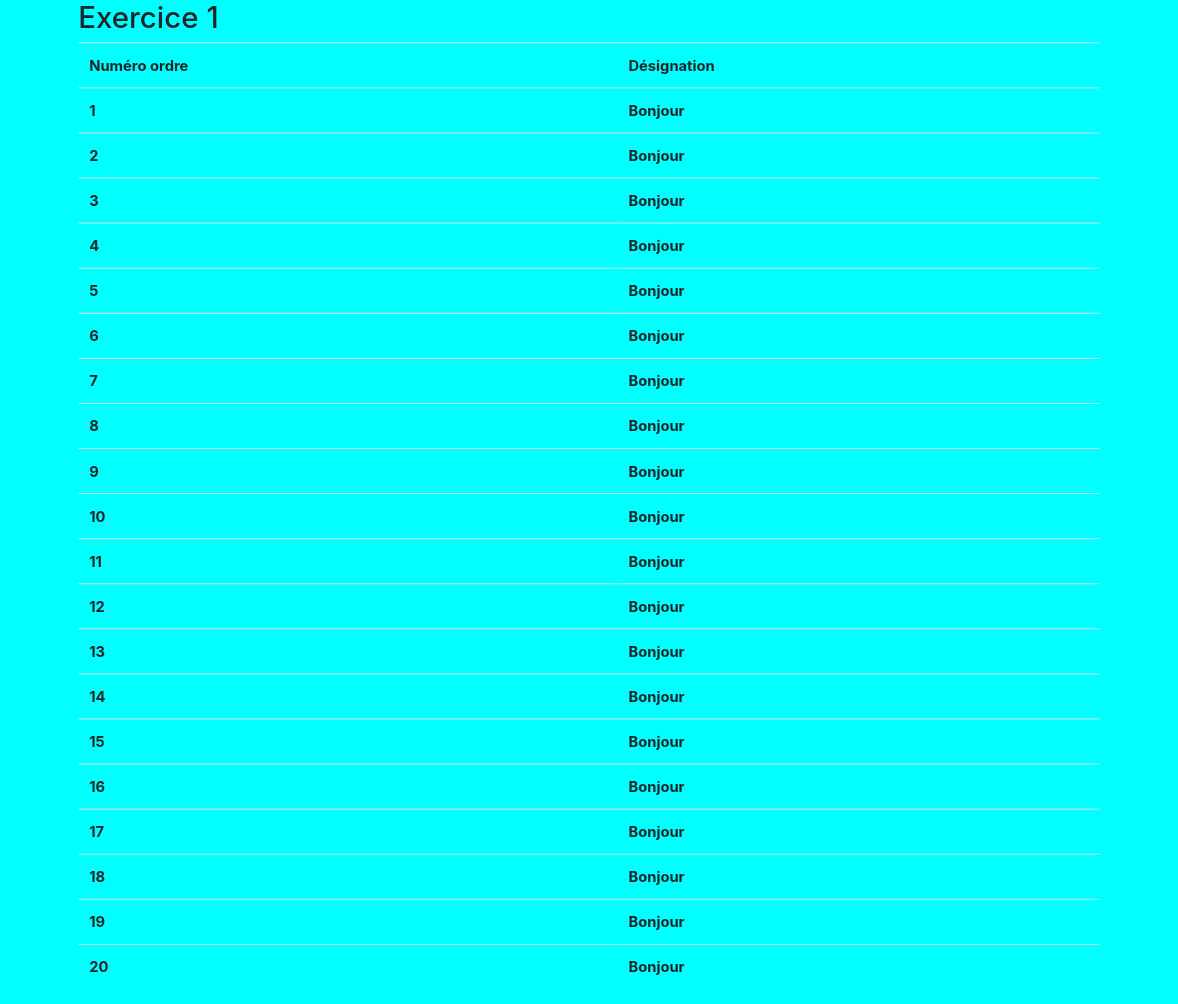
Repository: teddyruppin/GitFormateur
Page: http://localhost/JSP01/web/exercice1.jsp
An editor plug-in stored every save of this project. The page is shown before and after the next save, followed by the edit.
The browser window is 1280 px wide. The pictures show the whole page, at 92% of full size.
The page is served by Tomcat 9.

Above is the page before, as saved 2020-01-03 13:58:42.

After the next save:
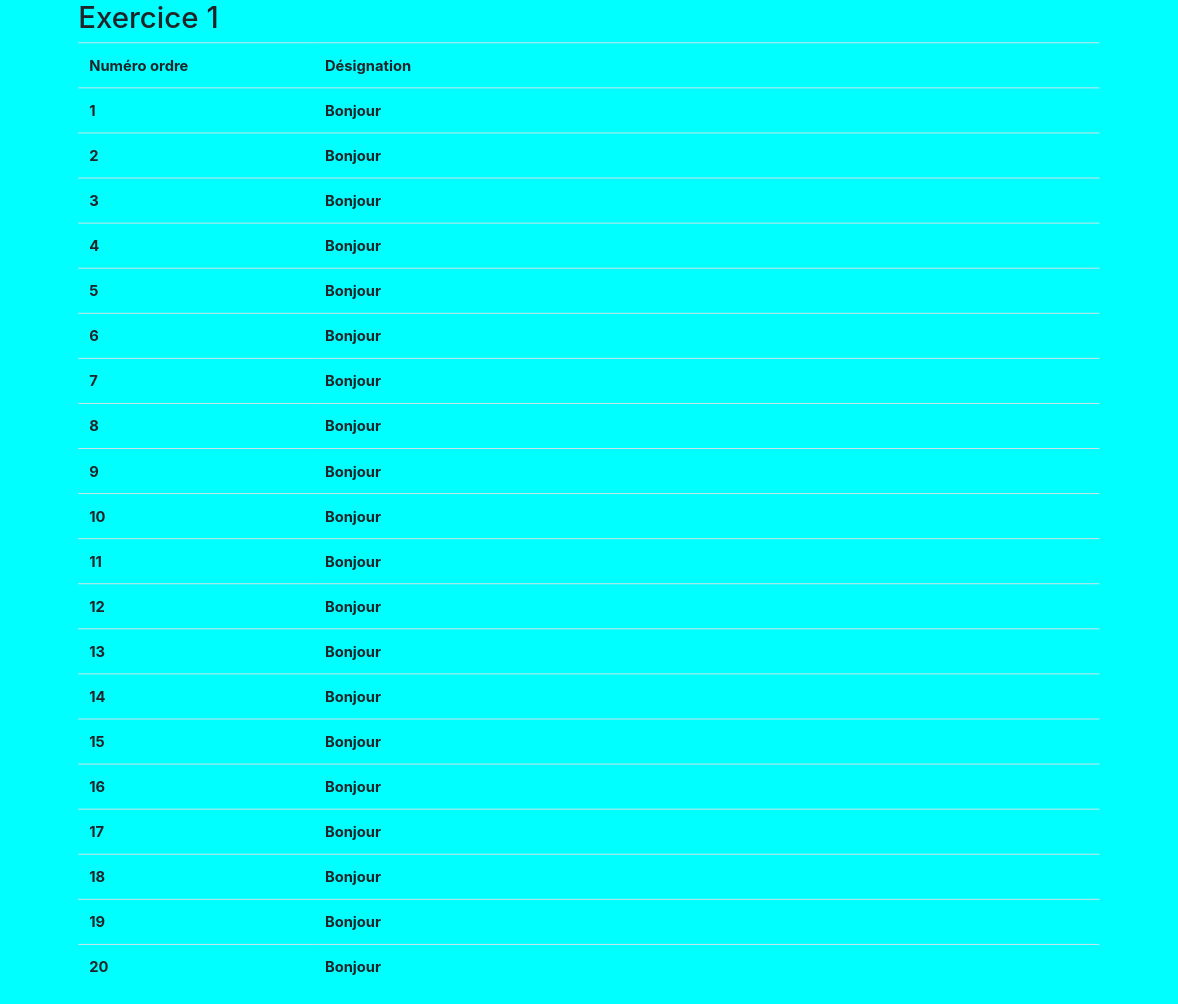
Saved 69 min 52 s later.
--- a/src/projpoo1/JSP01/WebContent/web/exercice1.jsp
+++ b/src/projpoo1/JSP01/WebContent/web/exercice1.jsp
@@ -1,7 +1,6 @@
 <%@ page language="java" contentType="text/html; charset=ISO-8859-1"
 	pageEncoding="ISO-8859-1"%>
-<%@ taglib uri="http://java.sun.com/jsp/jstl/core"
-prefix="c" %>
+<%@ taglib uri="http://java.sun.com/jsp/jstl/core" prefix="c"%>
 <!DOCTYPE html>
 <html>
 <head>
@@ -19,16 +18,25 @@ prefix="c" %>
 		<h2>Exercice 1</h2>
 
 		<table class="table">
+
+			<colgroup>
+
+				<col width=90>
+
+				<col width=300>
+
+			</colgroup>
+
 			<tr>
 				<th>Numéro ordre</th>
 				<th>Désignation</th>
 			</tr>
 
 			<c:forEach begin="1" end="20" var="i">
-			<tr>
-				<th> <c:out value="${i}"/> </th>
-				<th> <c:out value='${"Bonjour"}'/> </th>
-			</tr>
+				<tr>
+					<th><c:out value="${i}" /></th>
+					<th><c:out value='${"Bonjour"}' /></th>
+				</tr>
 			</c:forEach>
 
 
